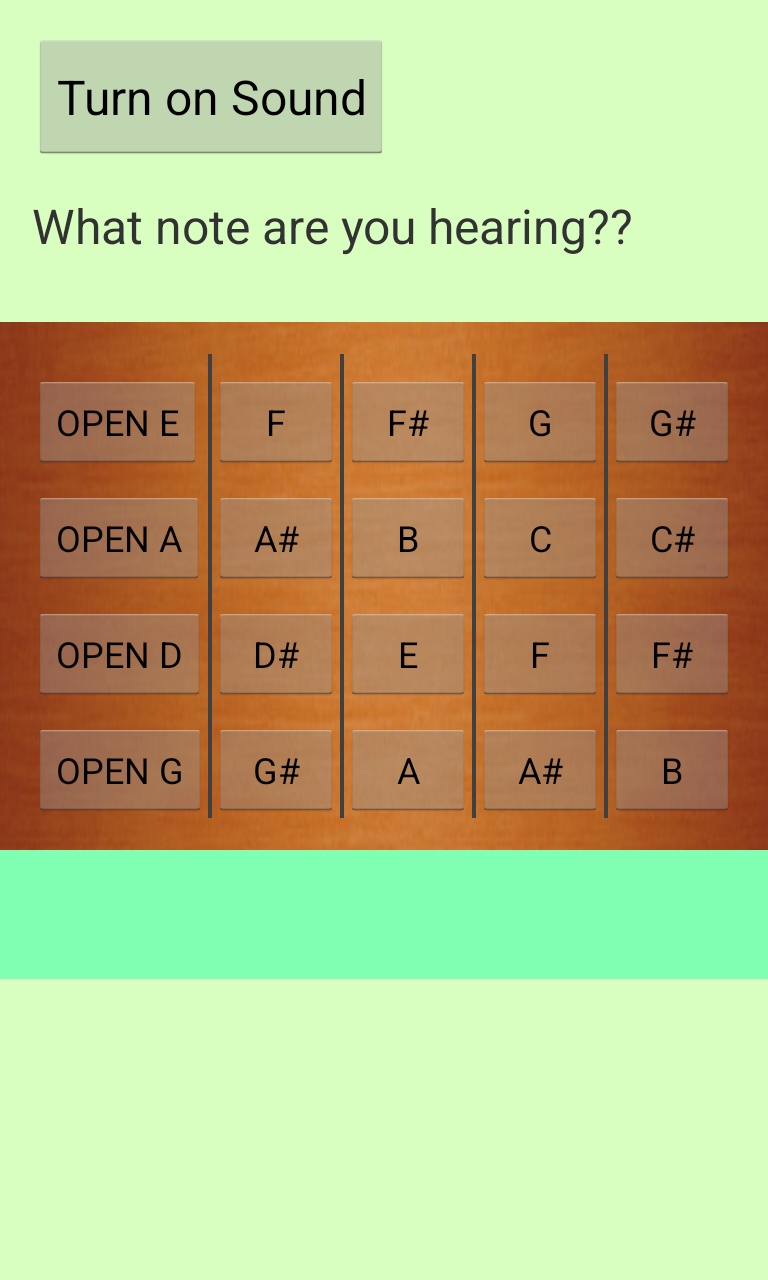
Repository: elliott-ribner/android-guitar-trainer
Layout: randomnotegenerator/res/layout/activity_main.xml
These files come from the project's save history. The layout is drawn as it stood at one moment and after the next save; the edit follows.
It is drawn on a 768 x 1280 px phone screen (xhdpi) without system bars, with theme AppTheme; the app's code is not run.

Above is the layout before, as saved 2014-06-09 00:48:17.

After the next save:
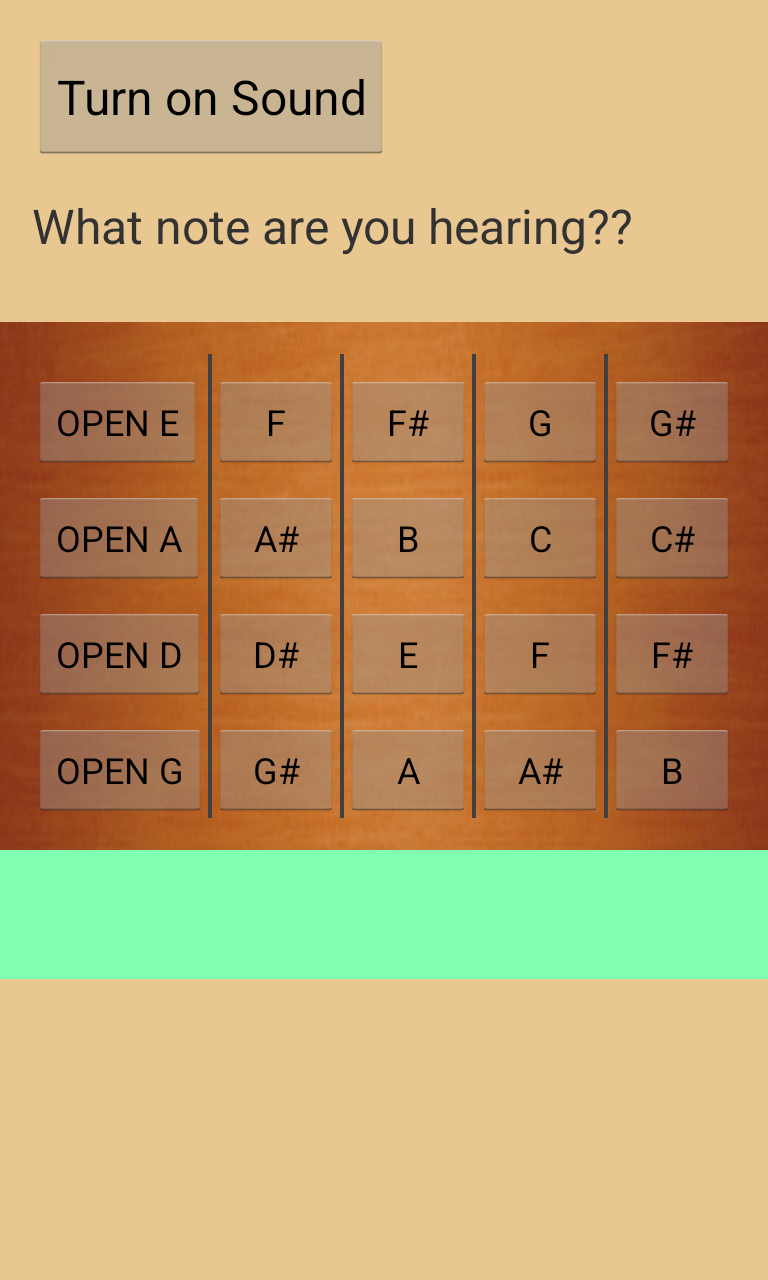
Saved 56 s later.
--- a/randomnotegenerator/res/layout/activity_main.xml
+++ b/randomnotegenerator/res/layout/activity_main.xml
@@ -2,14 +2,14 @@
     xmlns:tools="http://schemas.android.com/tools"
     android:layout_width="match_parent"
     android:layout_height="match_parent"
-    android:background="#D9FFC0"
+    android:background="#E8C790"
     android:orientation="vertical"
     tools:context="com.elliott.randomnotegenerator.MainActivity$PlaceholderFragment" >
 
     <LinearLayout
         android:layout_width="fill_parent"
         android:layout_height="wrap_content"
-        android:background="#D9FFC0"
+        android:background="#E8C790"
         android:orientation="vertical"
         android:paddingBottom="@dimen/activity_vertical_margin"
         android:paddingLeft="@dimen/activity_horizontal_margin"
